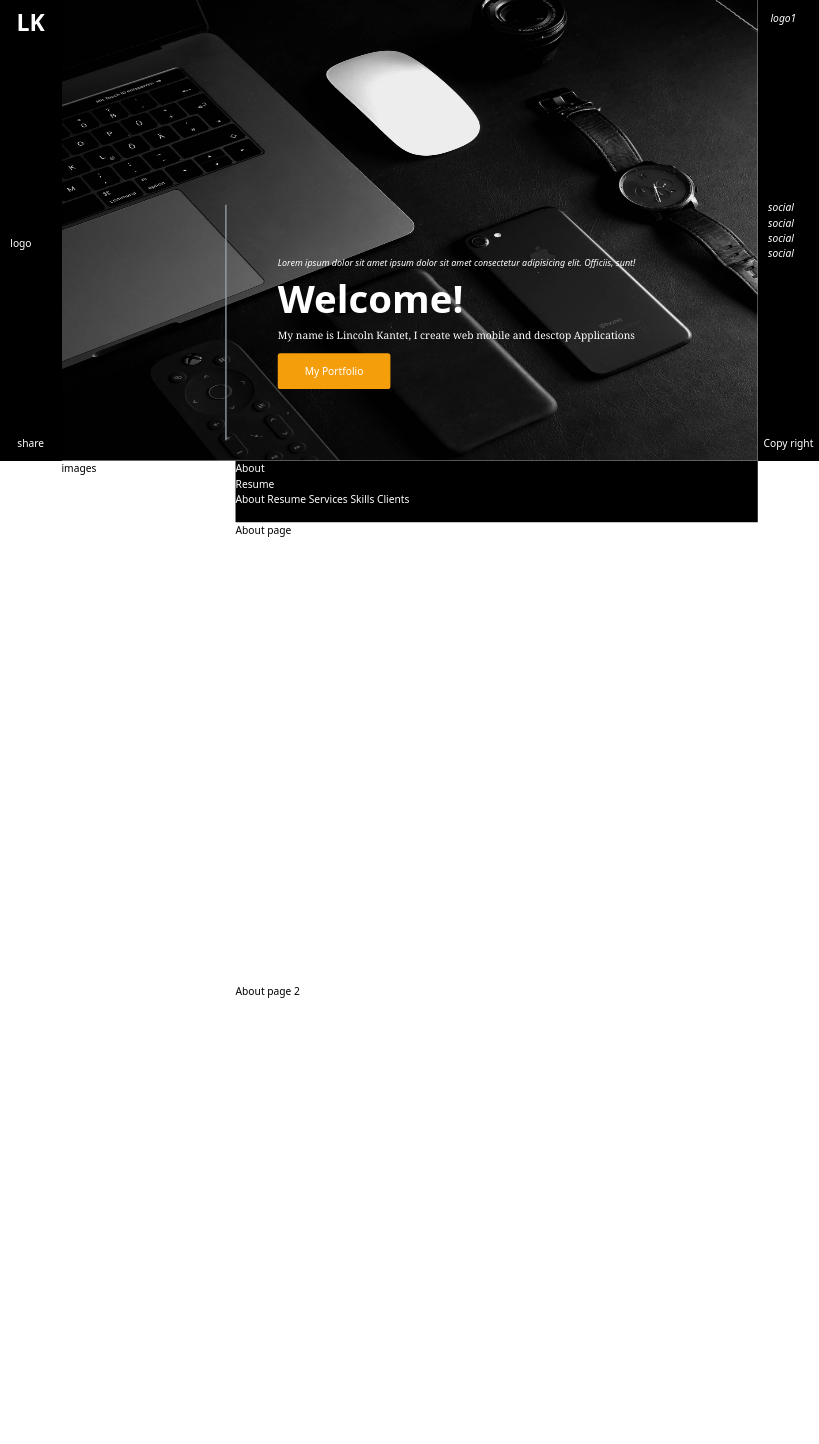
Repository: linco6054/template-tailwindcss
Page: index.html
These files come from the project's save history. The page is drawn as it stood at one moment and after a run of saves; the edit follows.
The browser window is 1280 px wide. The pictures show the whole page, at 64% of full size.

Above is the page before, as saved 2021-08-17 17:46:06.

### index.html
<!DOCTYPE html>
<html lang="en">

  <head>
    <meta charset="UTF-8" />
    <meta http-equiv="X-UA-Compatible" content="IE=edge" />
    <meta name="viewport" content="width=device-width, initial-scale=1.0" />
    <link href="https://unpkg.com/tailwindcss@^2/dist/tailwind.min.css" rel="stylesheet" />
    <link rel="stylesheet" href="style.css">
    <title>Lincoln Kantet</title>
  </head>

  <body class="font-sans text-white  max-w-full h-auto flex flex-col lg:flex-row">
    <!-- nav -->
    <nav class="
        fixed
        top-0
        lg:left-0
        overflow-hidden
        bg-black
        h-20
        flex
        justify-between
        lg:flex-col
        items-center
        w-full
        lg:w-24 lg:h-screen
        z-50
      ">
      <span>
        <h1 class="mx-4 lg:mt-4 text-4xl font-bold">LK</h1>
      </span>
      <div class="mx-4 cursor-pointer">
        <i class="opacity-0 hover:opacity-100">menu</i>
        <span>logo</span>
      </div>

      <span class="mx-4 lg:mb-4">share</span>
    </nav>
    <!-- pages -->
    <section class="
        px-0
        lg:px-24
        overflow-hidden
        flex-col
        md:w-full
        lg:w-full
        h-auto
        text-black
        pt-20
        md:pt-0

      ">
      <div class="h-screen w-full relative overflow-hidden">
        <img class="absolute  z-0 h-full w-full" src="/images/bg.jpg" alt="">

        <div
          class="md:border-l-2 md:pl-20 md:py-20 md:border-gray-400 px-10 lg:ml-64 absolute text-white top-64 md:top-80 w-full z-20 flex flex-col  items-left  ">
          <i class="w-full text-sm mb-4 ">Lorem ipsum dolor sit amet ipsum dolor sit amet consectetur adipisicing elit.
            Officiis, sunt!</i>
          <h1 class="font-extrabold text-6xl mb-4">Welcome!</h1>
          <p class="font-serif mb-4">My name is Lincoln Kantet, I create web mobile and desctop Applications</p>
          <button class="bg-yellow-500 px-4 py-2 md:px-10 md:py-4 rounded w-44 hover:bg-yellow-700 ">My
            Portfolio</button>
        </div>
      </div>
      </div>
      <!-- other screen mother container -->
      <div class="h-auto relative flex ">
        <div class="w-1/3 hidden md:block">images</div>
        <div class="w-full">
          <nav class="text-white sticky top-24 h-24 bg-black w-full">
            <div>
              <a href="about">About</a>

            </div>
            <div>

              <a href="about">Resume</a>

            </div>
              <div>
              <a href="about">About</a>
              <a href="about">Resume</a>
              <a href="about">Services</a>
              <a href="about">Skills</a>
              <a href="about">Clients</a>
            </div>
          </nav>
          <main>
            <div class="h-screen">About page</div>
            <div class="h-screen">About page 2</div>
          </main>
        </div>

      </div>
      <!-- end of other screen mother container -->
    </section>
    <!-- footer -->
    <footer class="
        lg:fixed lg:right-0
        overflow-hidden
        w-full
        lg:w-24
        bg-black
        h-20
        flex
        lg:h-screen
        flex-row-reverse
        justify-between
        items-center
        lg:flex-col
      ">
      <span class="mr-4 lg:mt-4">
        <i>logo1</i>
      </span>
      <span class="ml-4">
        <i>social</i>
        <i>social</i>
        <i>social</i>
        <i>social</i>
      </span>
      <span class="hidden lg:block lg:mb-4 ">
        <p class="md:rotate-90">Copy right</p>
      </span>
    </footer>
  </body>

</html>

Loaded but not shown: style.css (no stored copy; drawn as an empty file)

After the next 3 saves:
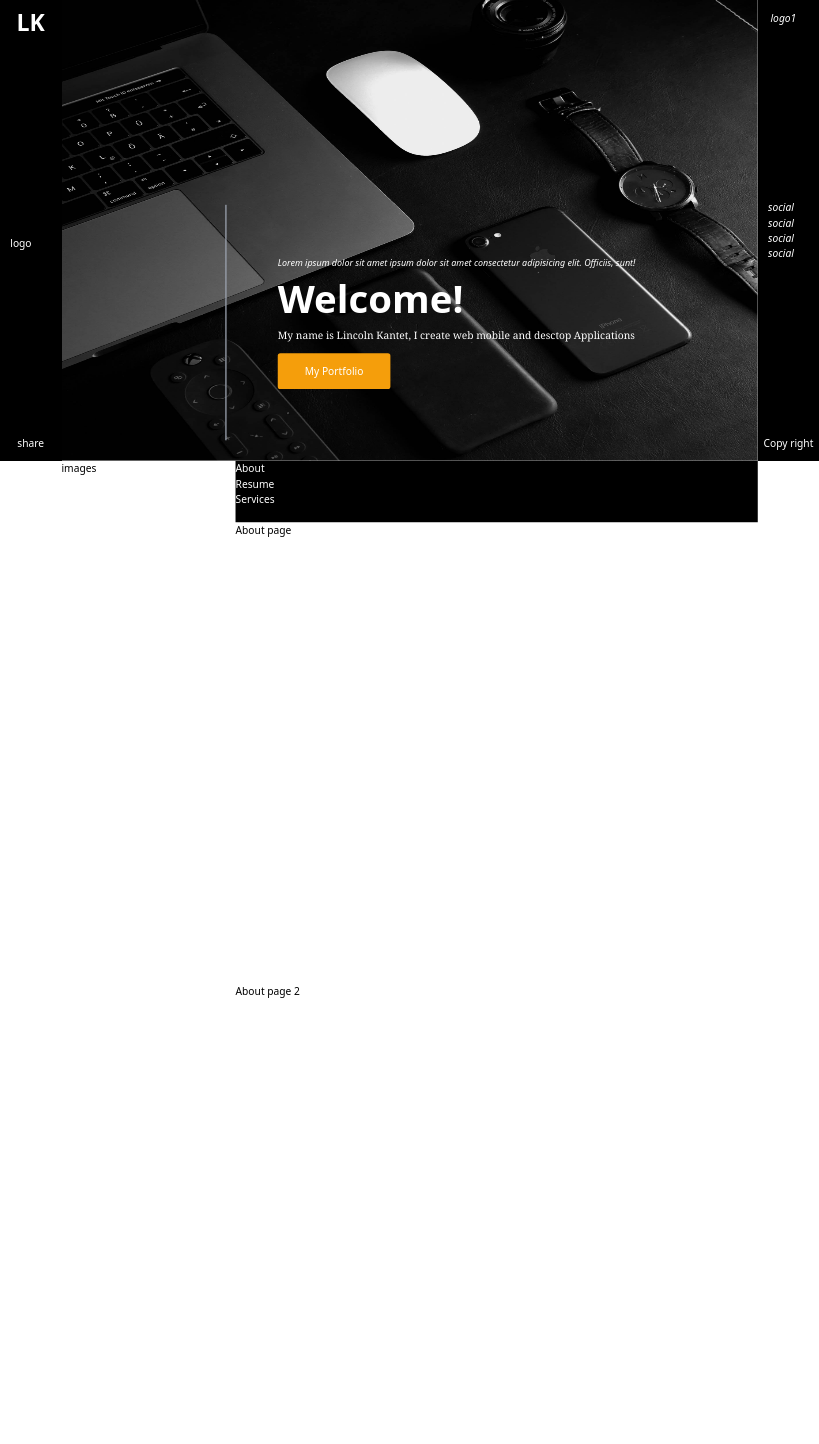
The 3 saves are shown as one change because they came seconds apart.
The last was saved 12 s later.
--- a/index.html
+++ b/index.html
@@ -79,12 +79,10 @@
               <a href="about">Resume</a>
 
             </div>
-              <div>
-              <a href="about">About</a>
-              <a href="about">Resume</a>
+            <div>
+
               <a href="about">Services</a>
-              <a href="about">Skills</a>
-              <a href="about">Clients</a>
+
             </div>
           </nav>
           <main>
